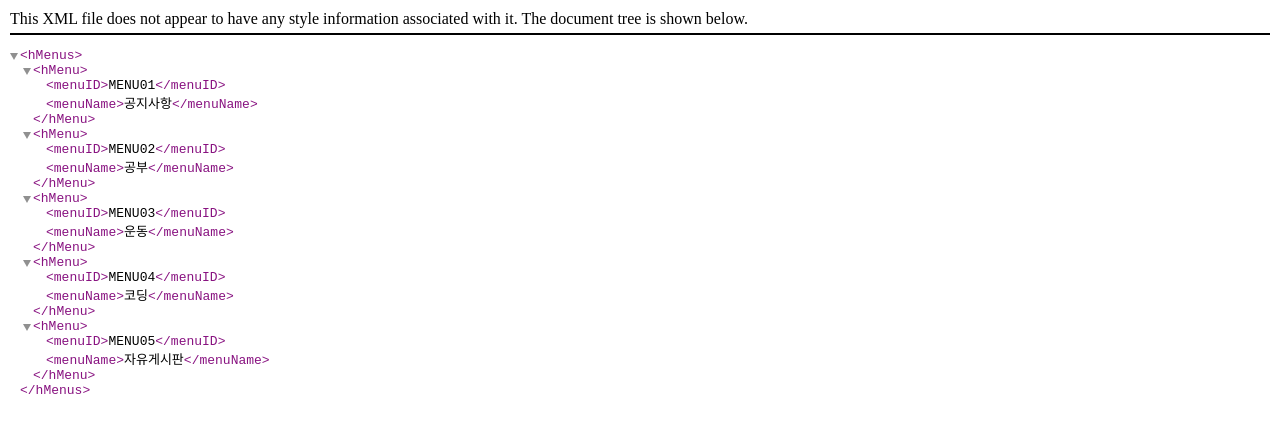
Repository: SniperDitto/save
Page: http://localhost/Boards0425/02_client/04_boards/getHmenus.jsp
An editor plug-in stored every save of this project. The page is shown before and after the next save, followed by the edit.
The browser window is 1280 px wide. The pictures show the whole page.
The page is served by Tomcat 9.

Above is the page before, as saved 2022-05-09 00:38:37.

After the next save:
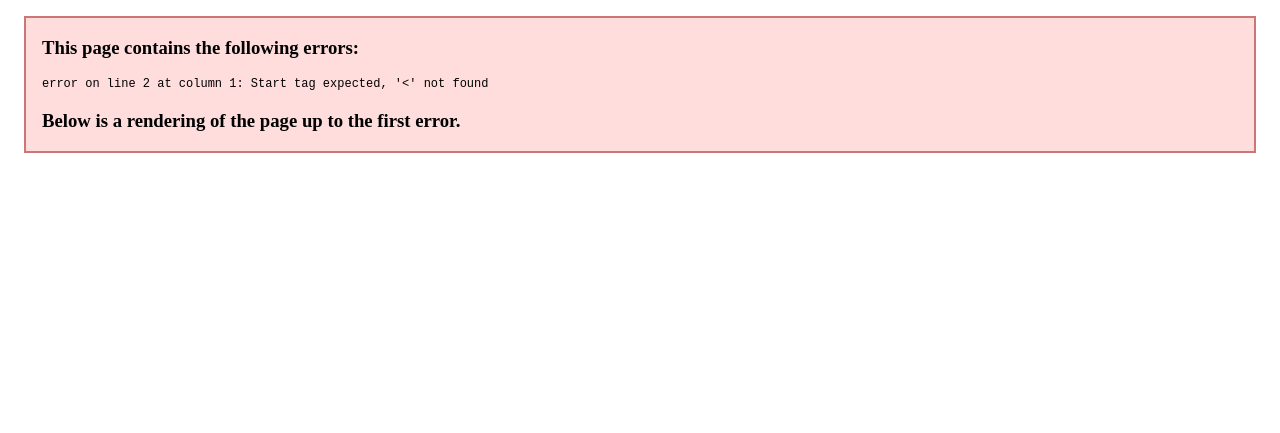
Saved 61 min 38 s later.
--- a/2022JAVA_YSH 1/JAVA/Web/Boards0425/WebContent/02_client/04_boards/getHmenus.jsp
+++ b/2022JAVA_YSH 1/JAVA/Web/Boards0425/WebContent/02_client/04_boards/getHmenus.jsp
@@ -3,8 +3,8 @@
 <%
 
 	String strXML = "<?xml version=\"1.0\" encoding=\"UTF-8\"?>";
+	/*
 	strXML += "<hMenus>";
-
 		strXML += "<hMenu>";
 			strXML += "<menuID>MENU01</menuID>";
 			strXML += "<menuName>공지사항</menuName>";
@@ -29,8 +29,10 @@
 			strXML += "<menuID>MENU05</menuID>";
 			strXML += "<menuName>자유게시판</menuName>";
 		strXML += "</hMenu>";
+	strXML += "</hMenus>";
+	*/
 
-	strXML += "</hMenus>";
+
 
 	response.setContentType("text/xml");
 	out.println(strXML);
